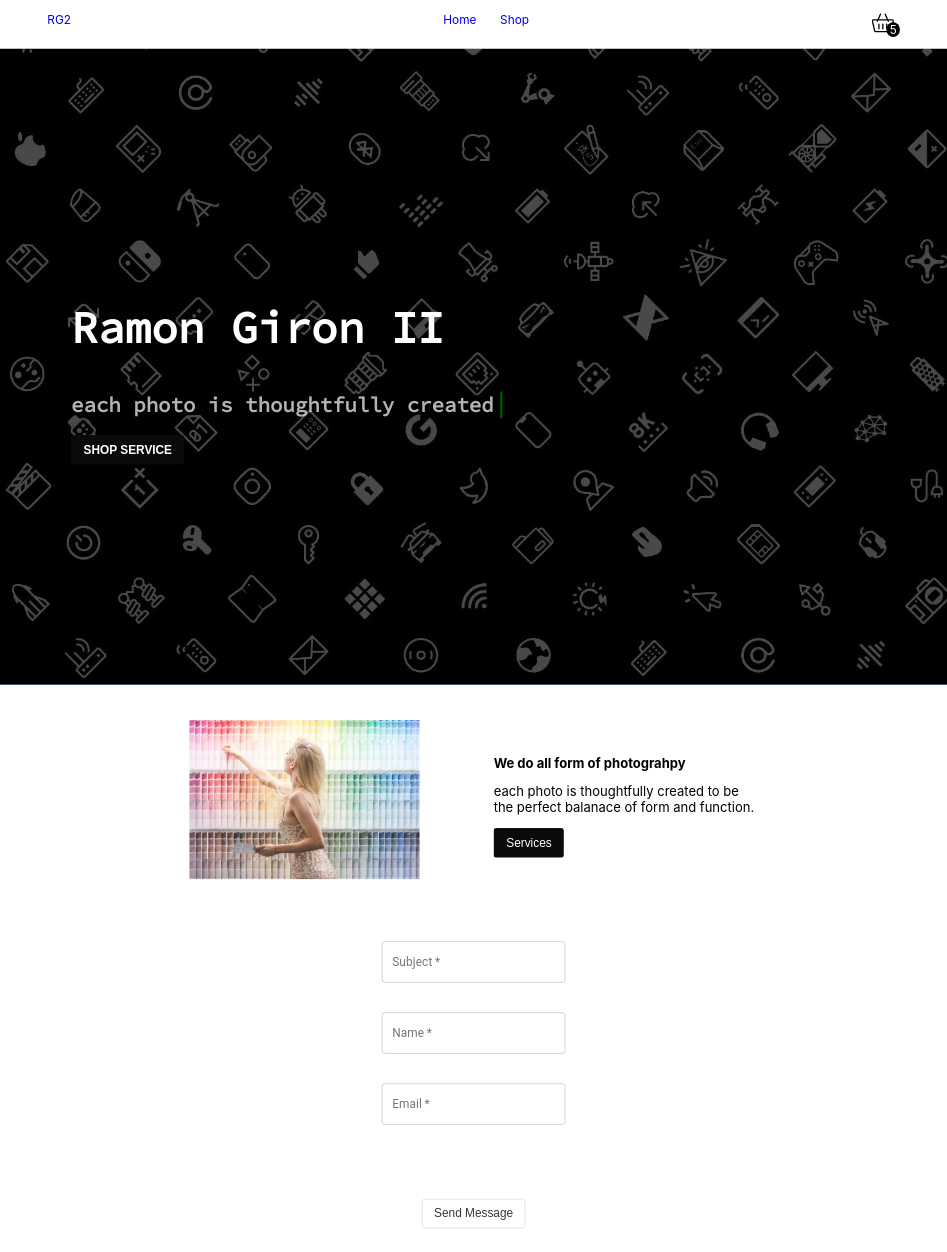
Repository: realistmccoy/coolify
Page: / (app in personalecom/)
These files come from the project's save history. The page is drawn as it stood at one moment and after the next save; the edit follows.
The browser window is 1280 px wide. The pictures show the whole page, at 74% of full size.
The project was rebuilt for these pictures with package versions that can differ from the ones it lists, and the page was loaded fresh each time.

Above is the page before, as saved 2021-02-21 23:39:52.

### personalecom/src/index.js
import React from 'react';
import ReactDOM from 'react-dom';
import './index.css';
import App from './App';
import reportWebVitals from './reportWebVitals';
import { BrowserRouter } from 'react-router-dom';

ReactDOM.render(
<BrowserRouter>
<App />
</BrowserRouter>
, document.getElementById('root'));

// If you want to start measuring performance in your app, pass a function
// to log results (for example: reportWebVitals(console.log))
// or send to an analytics endpoint. Learn more: https://bit.ly/CRA-vitals
reportWebVitals();

### personalecom/src/App.js
import Header from './components/header/header.jsx';
import Hero from './components/hero/hero';
import MainSection from './components/main-section/main-section';
import ContactForm from './components/contactform/contactForm';
import './App.scss';

function App() {
  return (
		<div className='App'>
			<Header />
			<Hero />
			<MainSection />
			<ContactForm />
		</div>
  );
}

export default App;

### personalecom/src/components/header/header.jsx
import React from 'react';
import { Link } from 'react-router-dom'
import CartIcon from '../cart-icon/cart-icon'
import './header.styles.scss';

const Header = () => {
  return (
    <nav className="nav-menu container">
      <div className="logo">
        <Link to='/'> RG2</Link>
      </div>
      <ul>
        <li>
        <Link to='/'> Home</Link>
        </li>
        <li>
        <Link to='/shop'> Shop</Link>
        </li>
      </ul>
      <CartIcon/>
    </nav>

  )
}

export default Header

### personalecom/src/components/hero/hero.jsx
import React from 'react';
import './hero.styles.scss';

const Hero = () => {
  return (
    <section className="hero is-large is-info hero-image">
  <div className="hero-body">
    <h1 className="title">
      Ramon Giron II
    </h1>
    <h1 className="hero-title">
    each photo is thoughtfully created to be the perfect balanace of form and function.
    </h1>
    <div className="shop-now">
      <button className="button is-black" id='shop-now'>SHOP SERVICE</button>
    </div>
  </div>
</section>
  )
}

export default Hero;

### personalecom/src/components/main-section/main-section.jsx
import React from 'react';
import { withRouter} from 'react-router-dom'
import naturebg from '../../assets/nature.jpg'
import './main-section.styles.scss'

const MainSection = ({ history }) => {
  return (
    <div className="main-section-container">
      <div className="main-section-middle">
        <div className="ms-m-image">
          <img src={naturebg} alt="nature background" />
        </div>
        <div className="ms-m-description">
          <h2>We do all form of photograhpy</h2>
          <p>
          each photo is thoughtfully created to be the perfect balanace of form and function.
          </p>
          <button className="button is-black" id="shop now" onClick={() => history.push('/product/1')}>
          Services
          </button>
        </div>

        <div/>
      </div>
    </div>
  )
}
export default withRouter(MainSection)

### personalecom/src/components/contactform/contactForm.jsx

import React, { Component } from "react";
import axios from "axios";
import TextField from "@material-ui/core/TextField";

export default class ContactForm extends Component {

state = {name:"",message:"",email:"",subject:"",sent:false,buttonText:"Send Message", emailError:false};

  resetForm = () => {
    this.setState({
      name: "",
      message: "",
      email: "",
      subject: "",
      buttonText: "Message Sent",
    });

    setTimeout(() => {
      this.setState({ sent: false });
    }, 3000);
  };


  handleChangeEmail(e) {
    if (!e.target.value.match(
        /^(([^<>()\[\]\\.,;:\s@"]+(\.[^<>()\[\]\\.,;:\s@"]+)*)|(".+"))@((\[[0-9]{1,3}\.[0-9]{1,3}\.[0-9]{1,3}\.[0-9]{1,3}\])|(([a-zA-Z\-0-9]+\.)+[a-zA-Z]{2,}))$/
      )
    ) {
      this.setState({
        email: e.target.value,
      });
      this.setState({ emailError: true });

      if (this.state.email === "") {
        // check if the input is empty
        this.setState({ emailError: false });
      }
    } else {
      this.setState({ email: e.target.value, emailError: false });
    }
  }

  formSubmit = async (e) => {
    e.preventDefault();
    this.setState({
      buttonText: "...sending",
    });

    let data = {
      name: this.state.name,
      email: this.state.email,
      message: this.state.message,
      subject: this.state.subject,
    };

    try {
      await axios.post("BACKEND_URL", data);
      this.setState({ sent: true }, this.resetForm());
    } catch (error) {
      console.log(error);
    }
  };

  render() {
  return (

      <form className="contact-form" onSubmit={(e) => this.formSubmit(e)}>

        <TextField
          id="outlined-basic"
          placeholder="Enter Subject"
          label="Subject"
          variant="outlined"
          value={this.state.subject}
          onChange={(e) => this.setState({ subject: e.target.value })}
          required
        />

        <br />
        <br />
        <br />

        <TextField
          id="outlined-basic"
          placeholder="Enter your name"
          label="Name"
          variant="outlined"
          value={this.state.name}
          onChange={(e) => this.setState({ name: e.target.value })}
          required
          type="text"
        />
        <br />
        <br />
        <br />

        <TextField
          id="outlined-basic"
          label="Email"
          placeholder="Enter email address"
          variant="outlined"
          value={this.state.email}
          onChange={(e) => this.handleChangeEmail(e)}
          error={this.state.emailError}
          required
          type="email"
        />
        <br />
        <br />
        <br />

        <br />
        <br />
        <br />
        <div className="button--container">
          <button type="submit" className="button button-primary">
            {this.state.buttonText}
          </button>
        </div>
      </form>

  )
}
}

### personalecom/src/App.scss
@charset "utf-8";

@import '../node_modules/bulma/sass/utilities/_all.sass';
@import '../node_modules/bulma/sass/elements/button.sass';
@import '../node_modules/bulma/sass/elements/container.sass';
@import '../node_modules/bulma/sass/layout/hero.sass';

.app {
  position: relative;
  min-height: 100vh;
}

img {
  width: 100%;
}

.nomad-container {
  width: 60%;
  margin: 0 auto;
}

#shop-now {
  font-weight: 600;
  &:hover {
    background-color: #606060;
  }
}

// Featured products section
.featured-collection {
  margin-top: 6rem;

  .featured-section-title {
    font-size: 2rem;
  }

  .featured-image {
    cursor: pointer;
  }

  @media(min-width: 1024px) {
    .products {
      display: flex;
      justify-content: space-between;
      padding: 5px;

      .featured-product {
        margin: 10px;
      }
    }
  }
}

// single product page
.name-price {
  p {
    font-size: 1.2rem;
    font-weight: bold;
  }

  h3 {
    font-size: 1rem;
  }
}

//black button styles
.nomad-btn {
  display: block;
  width: 100%;
  line-height: 1.4;
  padding-left: 5px;
  padding-right: 5px;
  white-space: normal;
  margin-top: 0;
  margin-bottom: 10px;
  min-height: 44px;
}

//input styles
.nomad-input {
  width: 100%;
  padding: 10px;
  margin-bottom: 1rem;
}

form {
  padding: 2rem;
  text-align: center;
  input[type=text],
  input[type=email],
  input[type=password]{
    width: 60%;
  }

  .submit-btn {
    display: flex;
    justify-content: center;
  }

  .submit {
    width: 200px;
  }
}

.form-error {
  border: 1px solid red;
}

::placeholder {
  color: #606060;
  font-size: 16px;
}

#btn-white-outline {
  border: 1px solid grey;
  margin-bottom: 1rem;
}
#buy-it-now-btn {
  &:hover {
    background-color: #606060;
  }
}

@media(min-width: 1024px) {
  form {
    width: 60%;
    margin: 0 auto;

    input[type=text],
    input[type=email],
    input[type=password]{
      width: 65%;
    }
  }
}

.error {
  border: 1px solid red;
}

.error-message {
  color: red;
  font-size: 1.5rem;
}

### personalecom/src/components/cart-icon/cart-icon.jsx
import React from 'react';
import shoppingBag from '../../assets/2169842.svg'
import './cart-icon.styles.scss'

const CartIcon = () => {
  return (
    <div className="cart-container">
      <img src={shoppingBag} alt='shopping-cart-icon' />
      <span className="cart-count"> 5 </span>
    </div>
  )
}

export default CartIcon;

### personalecom/src/components/header/header.styles.scss
.nav-menu {
  display: flex;
  padding: 1rem;
  a {
    text-decoration: none;
    &:focus, &:hover, &:visited{
      color: black;
    }
  }
  .logo{
    font: size 1.5rem;
  }
  ul{
    list-style: none;
    margin: 0;
    margin-left: auto;

    li{
      display: inline-block;
      margin: 0 1rem;
    }
  }
}

### personalecom/src/components/hero/hero.styles.scss
@import url('https://fonts.googleapis.com/css?family=Source+Code+Pro');

.hero-image {
  background: linear-gradient(rgba(0, 0, 0, 0.2), rgba(0, 0, 0, 0.2)),
  url('../../assets/mkbhd.jpg') center/cover no-repeat;
}

.hero-title {
  text-align: center;
  border-right: solid 3px rgba(0,255,0,.75);
  white-space: nowrap;
  overflow: hidden;
  font-family: 'Source Code Pro', monospace;
  font-size: 28px;
  color: rgba(255,255,255,.70);

  animation: animated-text 4s steps(29,end) 1s 1 normal both,
  animated-cursor 600ms steps(29,end) infinite;
}

/* text animation */

@keyframes animated-text{
  from{width: 0;}
  to{width: 580px;}
}

/* cursor animations */

@keyframes animated-cursor{
  from{border-right-color: rgba(0,255,0,.75);}
  to{border-right-color: transparent;}
}

@media(min-width: 1024px) {
  .hero-image {
    font-size:2.5rem;
  }
}

.shop-now-btn {
  text-align: center;
}


.title {
  font-family: 'Source Code Pro', monospace;
  text-align: left;
}

### personalecom/src/components/main-section/main-section.styles.scss
.main-section-container {
  width: 60%;
  margin: 3rem auto;
}

h2 {
  font-size:1.1rem;
}

.ms.m-description {
  p {font-size:0.933rem;
  line-height:1.5;
}
}

@media(min-width:1024px) {
  .main-section-middle {
    display: flex;
    justify-content: space-between;

    .ms-image {
      max-width: 545px;
      flex: 1 0 545px;
    }
    .ms-m-description {
      margin-left: 100px;
      align-self: center;
      p {
        font-size:1.1rem;
      }
    }
  }
}

### personalecom/src/components/cart-icon/cart-icon.styles.scss
.cart-container {
  margin-left: auto;
  cursor: pointer;
  img{
    width:30px;
  }
  .cart-count {
    margin-left: -10px;
    background-color: black;
    color: white;
    padding-right: 4px;
    border-radius:10px;
  }
}

Loaded but not shown: personalecom/public/index.html (common file); personalecom/src/index.css (common file); personalecom/src/reportWebVitals.js (common file)

After the next save:
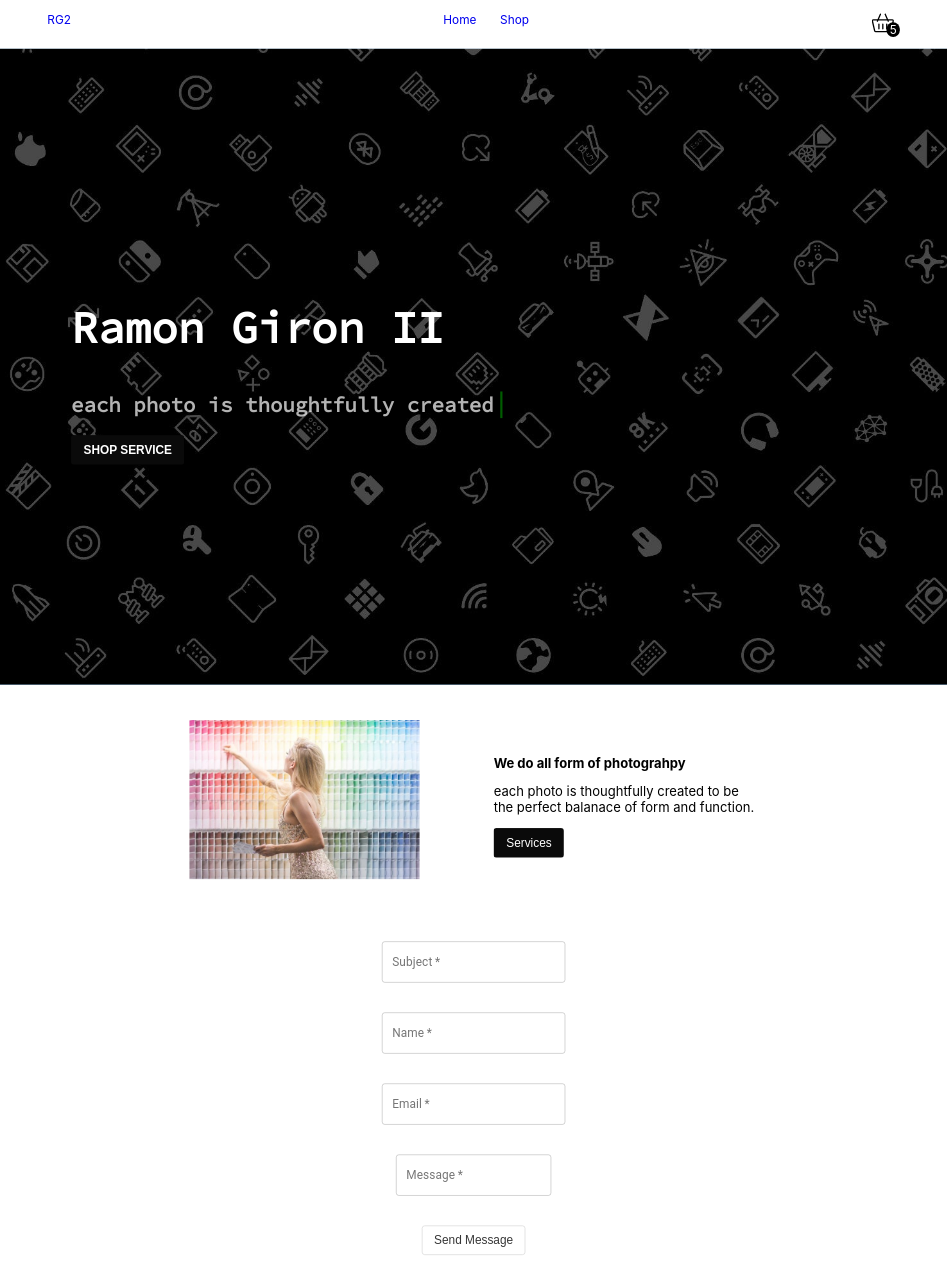
Saved 6 s later.
--- a/personalecom/src/components/contactform/contactForm.jsx
+++ b/personalecom/src/components/contactform/contactForm.jsx
@@ -109,7 +109,18 @@ state = {name:"",message:"",email:"",subject:"",sent:false,buttonText:"Send Mess
         <br />
         <br />
         <br />
-
+        <TextField
+          id="standard-multiline-flexible"
+          label="Message"
+          placeholder="Enter Message"
+          variant="outlined"
+          multiline
+          rowsMax={4}
+          value={this.state.message}
+          onChange={(e) => this.setState({ message: e.target.value })}
+          required
+          type="text"
+        />
         <br />
         <br />
         <br />
